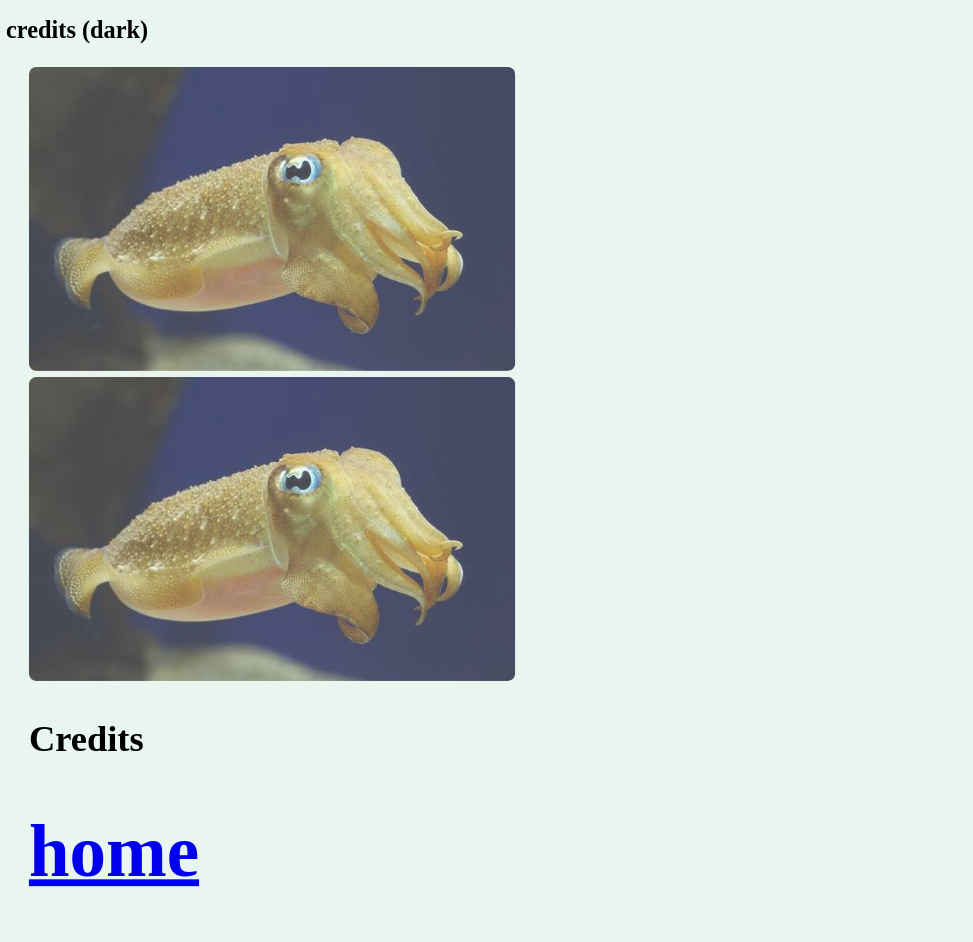
Repository: neomort/comm-lab-vid-site
Page: credits.html
These files come from the project's save history. The page is drawn as it stood at one moment and after the next save; the edit follows.
The browser window is 1280 px wide. The pictures show the whole page, at 76% of full size.

Above is the page before, as saved 2021-09-23 02:41:22.

### credits.html
<!DOCTYPE html>

<head>
<title>Watch the movie</title>
<link rel="icon" href="images/chicken.png"/>
<link rel="stylesheet" href="./css/styles.css" />
</head>

<body class="bg-2">
  <div >
    <H1>credits (dark)<H1>
    <div class="default-margin">
      <div class="row">
        <a href="watch.html">
         <div class="container bar">
          <img class="image-1" src="images/cuddle.jpg" />
          <H1 class="font centered-text text-light show">Watch</H1>
        </div>
      </a>
      </div>
      <div class="row">
      <a href="links.html">
        <div class="container bar">
          <img class="image-1" src="images/cuddle.jpg" />
          <H1 class="font centered-text text-light show">Explore</H1>
        </div>
      </a>
      </div>
  <h2>Credits<h2>
    <a href="index.html"><h1>home</h1></a>
  </div>
  </div>
</body>

### css/styles.css
/* background colors */
/* color scheme */
.bg-1 {
  /* Yellow */
  background: #FFE194;
}

.bg-2 {
  /* Light */
  background: #E8F6EF;
}

.bg-3 {
  /* medium */
  background: #B8DFD8;
}

.bg-4 {
  /* dark */
  background: #4C4C6D;
}

.text-light {
  /* Light */
  color: #E8F6EF;
}

.text-dark {
  /* dark */
  background: #4C4C6D;
}

.font {
  font-family: Poppins;
}



/* flex properties */

.row {
  display: flex;
}

.column {
  flex: 50%;
  padding: 10px;
}

.column-2 {
  flex: 50%;
  padding: 10px;
  align-content: end;
}

.default-margin{
  margin: 30px;

}

/* fancy container button */

.container {
  position: relative;
  text-align: center;
  opacity: 70%;
  transition: 0.3s;
}

.container img{
  border-radius: 10px;
  width: 100%;
  opacity: 100%;
  transition: 0.3s;
}

.container:hover {
  position: relative;
  text-align: center;
  opacity: 100%;
  transition: 0.3s;
}

.container:hover .show{
  opacity: 1;
}

.show {
  opacity: 0;
  transition: 0.3s;
}

/* iframe box */

.frame {
  padding-top: 56.25%;
  position:relative;
}

.bar {
  width: 100%;
}


/* .drop-container{
  object-fit: cover;
  position: relative;
  text-align: center;
  opacity: 70%;
  transition: 0.3s;
}

.image-2{
  object-fit: cover;
  border-radius: 10px;
  width: 1000px;
  opacity: 100%;

  transition: 0.3s;
}

.drop-container:hover .image-2{
  object-fit: cover;
  border-radius: 10px;
  width: 100%;
  opacity: 100%;
  height: 300px;
  transition: 0.3s;
} */







.centered-text {
  position: absolute;
  top: 50%;
  left: 50%;
  transform: translate(-50%, -50%);
}

After the next save:
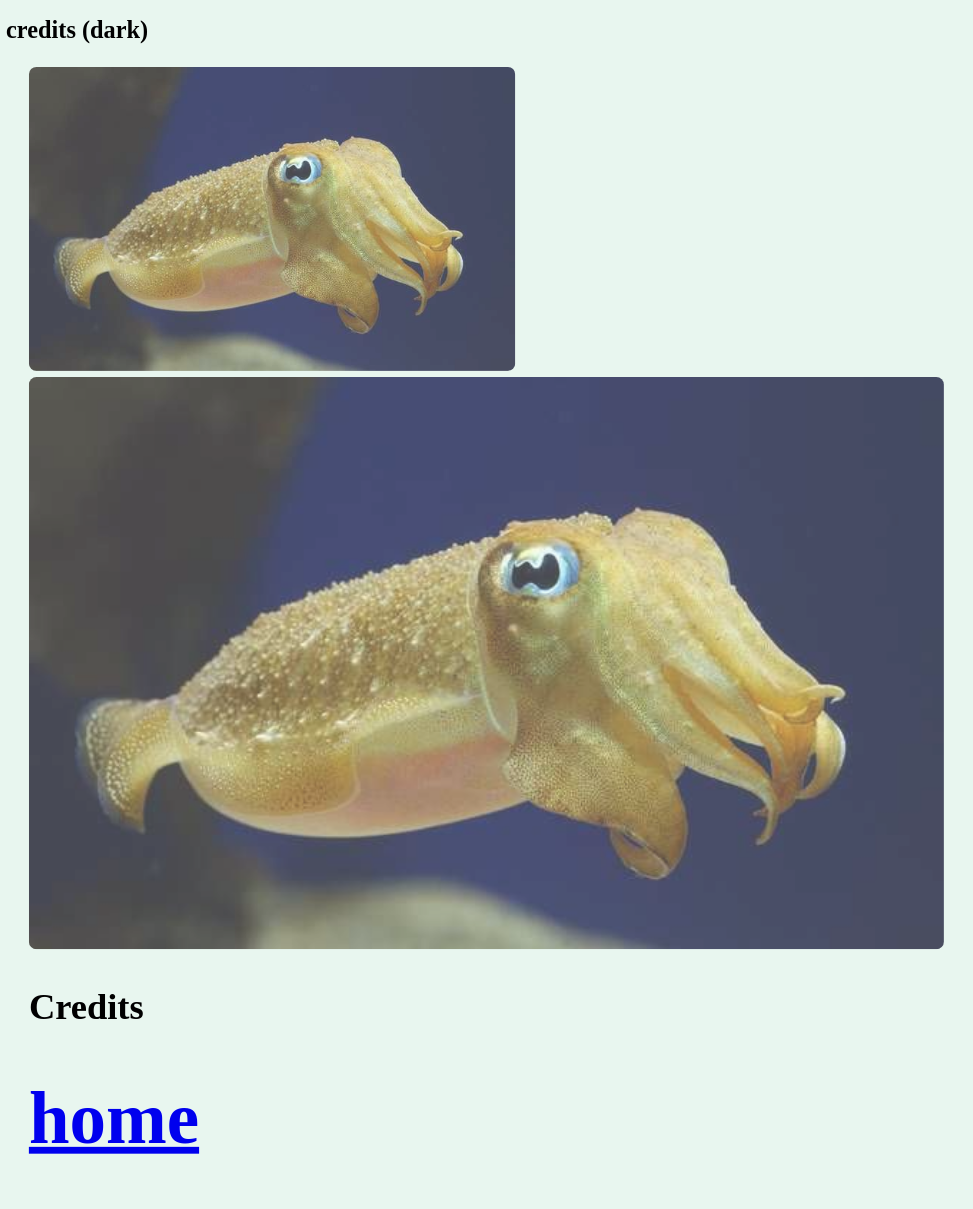
Saved 44 s later.
--- a/credits.html
+++ b/credits.html
@@ -19,8 +19,8 @@
       </a>
       </div>
       <div class="row">
-      <a href="links.html">
-        <div class="container bar">
+      <a class="bar" href="links.html">
+        <div class="container">
           <img class="image-1" src="images/cuddle.jpg" />
           <H1 class="font centered-text text-light show">Explore</H1>
         </div>
